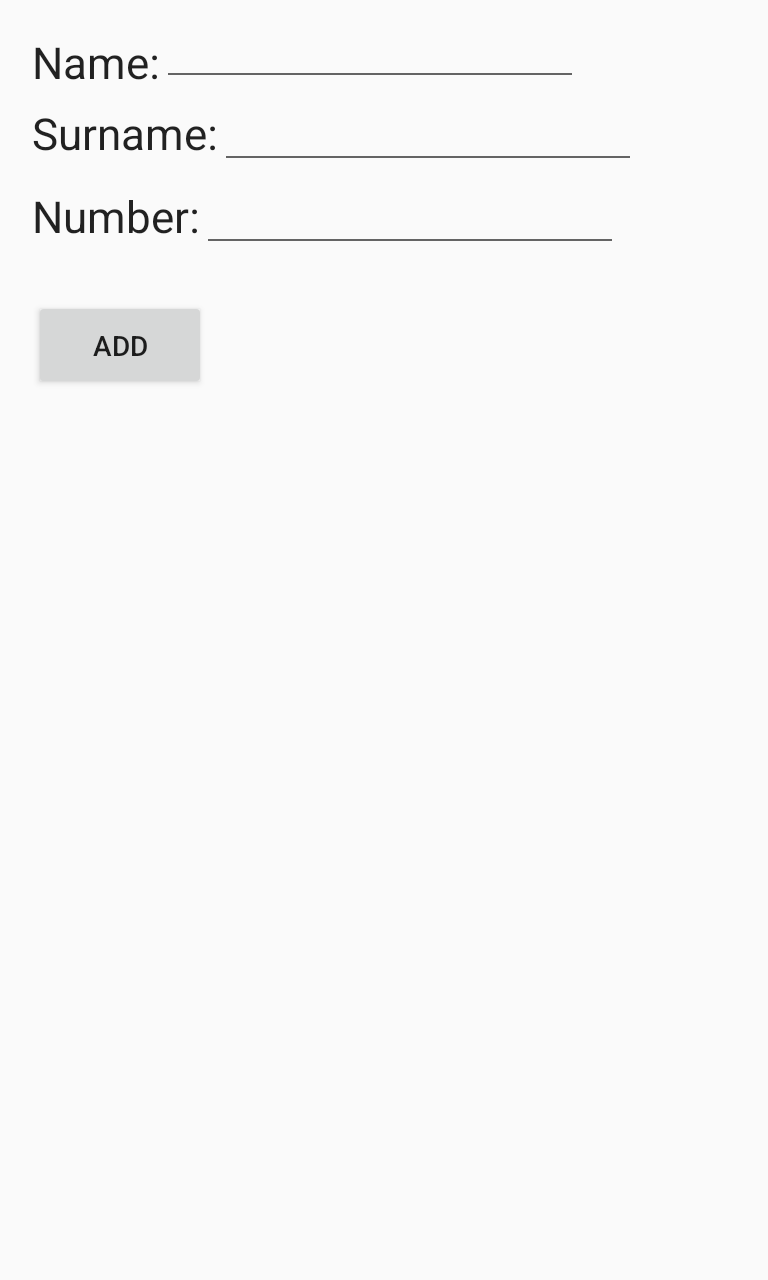
Repository: iliyankg/Iliyan-Georgiev-SID--5037470-A202SGI-Android-Development-Skills-Submission-2014-2015
Layout: PhoneBook/PhoneBook/res/layout/activity_add_contact.xml
These files come from the project's save history. The layout is drawn as it stood at one moment and after the next save; the edit follows.
It is drawn on a 768 x 1280 px phone screen (xhdpi) without system bars, with theme AppTheme; the app's code is not run.

Above is the layout before, as saved 2014-12-08 21:03:30.

### PhoneBook/PhoneBook/res/layout/activity_add_contact.xml
<RelativeLayout xmlns:android="http://schemas.android.com/apk/res/android"
    xmlns:tools="http://schemas.android.com/tools"
    android:layout_width="match_parent"
    android:layout_height="match_parent"
    android:paddingBottom="@dimen/activity_vertical_margin"
    android:paddingLeft="@dimen/activity_horizontal_margin"
    android:paddingRight="@dimen/activity_horizontal_margin"
    android:paddingTop="@dimen/activity_vertical_margin"
    tools:context="com.example.phonebook.AddContact" >

    <TextView
        android:id="@+id/textView1"
        android:layout_width="wrap_content"
        android:layout_height="wrap_content"
        android:layout_alignParentLeft="true"
        android:layout_alignParentTop="true"
        android:text="Name:"
        android:textAppearance="?android:attr/textAppearanceLarge" />

    <EditText
        android:id="@+id/editText2"
        android:layout_width="wrap_content"
        android:layout_height="wrap_content"
        android:layout_below="@+id/editText1"
        android:layout_toRightOf="@+id/textView2"
        android:ems="10"
        android:inputType="textPersonName" />

    <EditText
        android:id="@+id/editText3"
        android:layout_width="wrap_content"
        android:layout_height="wrap_content"
        android:layout_below="@+id/editText2"
        android:layout_toRightOf="@+id/textView3"
        android:ems="10"
        android:inputType="phone" />

    <TextView
        android:id="@+id/textView3"
        android:layout_width="wrap_content"
        android:layout_height="wrap_content"
        android:layout_alignBaseline="@+id/editText3"
        android:layout_alignBottom="@+id/editText3"
        android:layout_alignLeft="@+id/textView2"
        android:text="Number:"
        android:textAppearance="?android:attr/textAppearanceLarge" />

    <EditText
        android:id="@+id/editText1"
        android:layout_width="wrap_content"
        android:layout_height="wrap_content"
        android:layout_alignBottom="@+id/textView1"
        android:layout_alignTop="@+id/textView1"
        android:layout_toRightOf="@+id/textView1"
        android:ems="10"
        android:inputType="textPersonName" />

    <TextView
        android:id="@+id/textView2"
        android:layout_width="wrap_content"
        android:layout_height="wrap_content"
        android:layout_alignBaseline="@+id/editText2"
        android:layout_alignBottom="@+id/editText2"
        android:layout_alignLeft="@+id/textView1"
        android:text="Surname:"
        android:textAppearance="?android:attr/textAppearanceLarge" />

    <Button
        android:id="@+id/add_button"
        android:layout_width="wrap_content"
        android:layout_height="wrap_content"
        android:layout_alignLeft="@+id/textView3"
        android:layout_below="@+id/editText3"
        android:layout_marginTop="20dp"
        android:text="Add" />

</RelativeLayout>

Loaded but not shown: PhoneBook/PhoneBook/res/values/styles.xml (common file); PhoneBook/PhoneBook/res/values-v11/styles.xml (common file); PhoneBook/PhoneBook/res/values-v14/styles.xml (common file); PhoneBook/PhoneBook/res/values/dimens.xml (common file); PhoneBook/PhoneBook/res/values-w820dp/dimens.xml (common file)

After the next save:
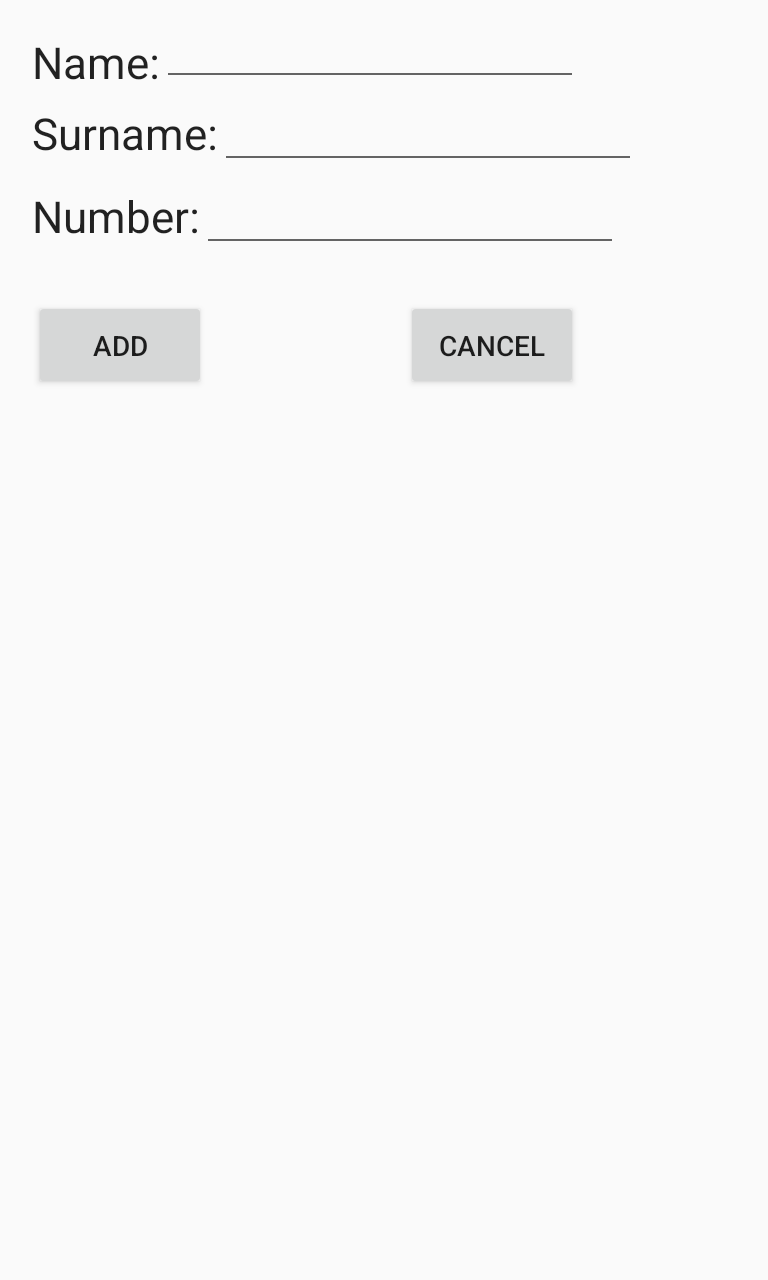
Saved 33 s later.
--- a/PhoneBook/PhoneBook/res/layout/activity_add_contact.xml
+++ b/PhoneBook/PhoneBook/res/layout/activity_add_contact.xml
@@ -74,4 +74,13 @@
         android:layout_marginTop="20dp"
         android:text="Add" />
 
+    <Button
+        android:id="@+id/cancel_button"
+        android:layout_width="wrap_content"
+        android:layout_height="wrap_content"
+        android:layout_alignBaseline="@+id/add_button"
+        android:layout_alignBottom="@+id/add_button"
+        android:layout_alignRight="@+id/editText1"
+        android:text="Cancel" />
+
 </RelativeLayout>
